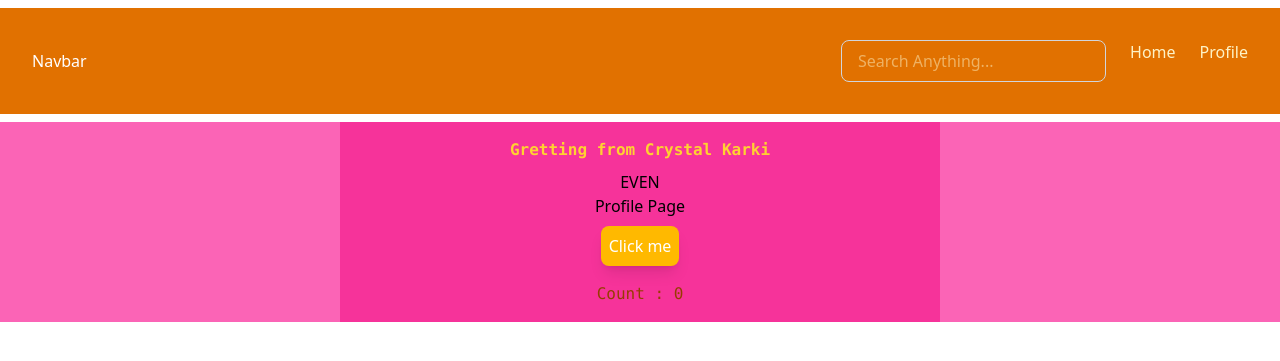
Repository: samit2059/CollegeReact
Page: / (app in react/collegereact/)
The author's editor kept a copy of each file at every save. The page is drawn from the files as they stood at one save, then again after the next save.
The browser window is 1280 px wide. The pictures show the whole page.
The project was rebuilt for these pictures with package versions that can differ from the ones it lists, and the page was loaded fresh each time. Also part of the build but not shown: react/collegereact/vite.config.js, react/collegereact/src/App.jsx, react/collegereact/src/navbar.jsx, react/collegereact/src/Props Example/First.jsx, react/collegereact/src/Props Example/Second.jsx.

Above is the page before, as saved 2026-01-21 11:19:10.

After the next save:
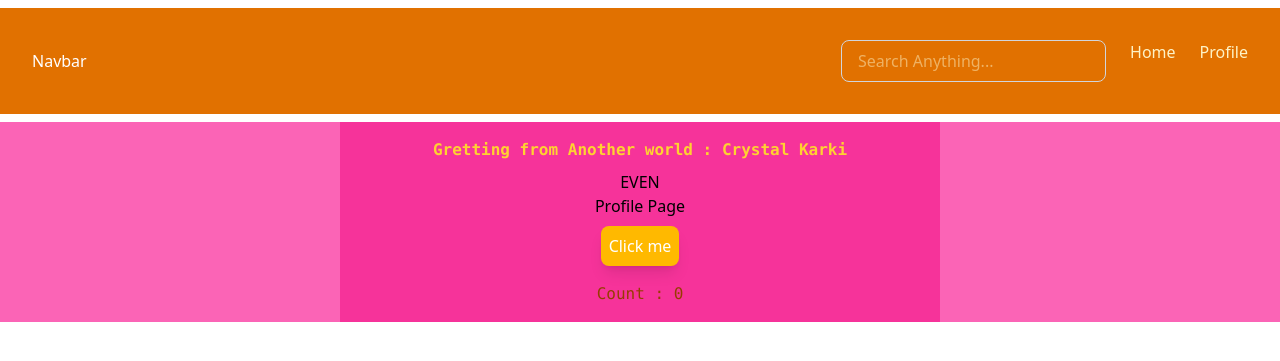
Saved 6 s later.
--- a/react/collegereact/src/StateExamples/profile.jsx
+++ b/react/collegereact/src/StateExamples/profile.jsx
@@ -5,7 +5,7 @@ let Profile = ({gretting}) =>{
     return (
         <div className="items-center justify-center bg-pink-400 text-center flex">
         <div className="p-2 bg-pink-500 w-[600px] items-center justify-center">
-            <p className="p-2 text-amber-300 font-mono font-bold  stretched stroke-emerald-200">Gretting from {gretting}</p>
+            <p className="p-2 text-amber-300 font-mono font-bold  stretched stroke-emerald-200">Gretting from Another world : {gretting}</p>
             {count%2 == 0 ? <h2>EVEN</h2> : <h2>ODD</h2>}
             <h1>Profile Page</h1>
             <button onClick={() => setCount(count+1)} className="p-2 m-2 bg-amber-400 font-medium rounded-lg shadow-lg text-white">Click me</button>
